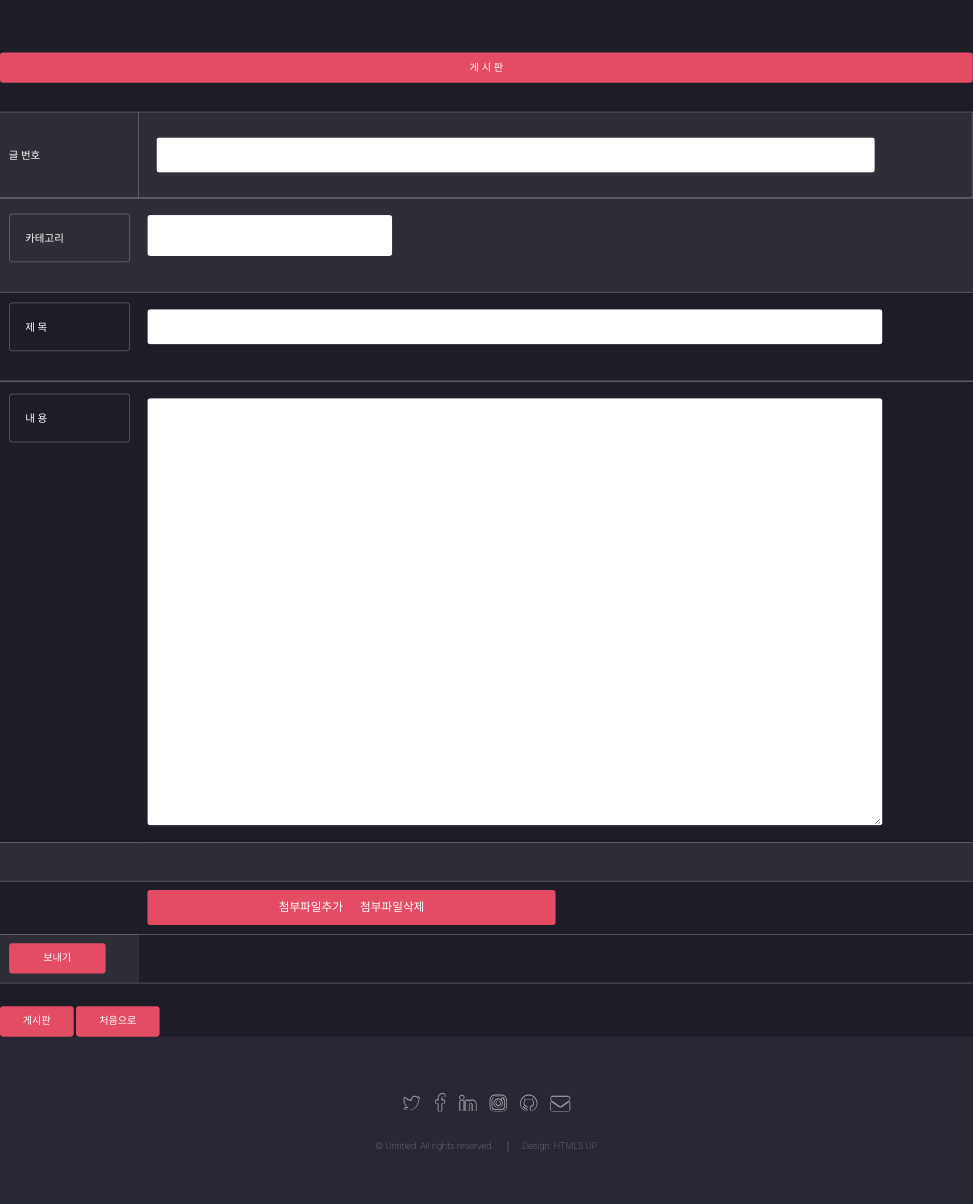
Repository: worMholEamkim/SpringEX
Page: http://localhost/bbs/bbsupdate.do
These files come from the project's save history. The page is drawn as it stood at one moment and after the next save; the edit follows.
The browser window is 1280 px wide. The pictures show the whole page, at 76% of full size.
The page is served by Tomcat 9. Queries for data that is not in the repository find no rows.

Above is the page before, as saved 2019-03-18 05:21:37.

After the next save:
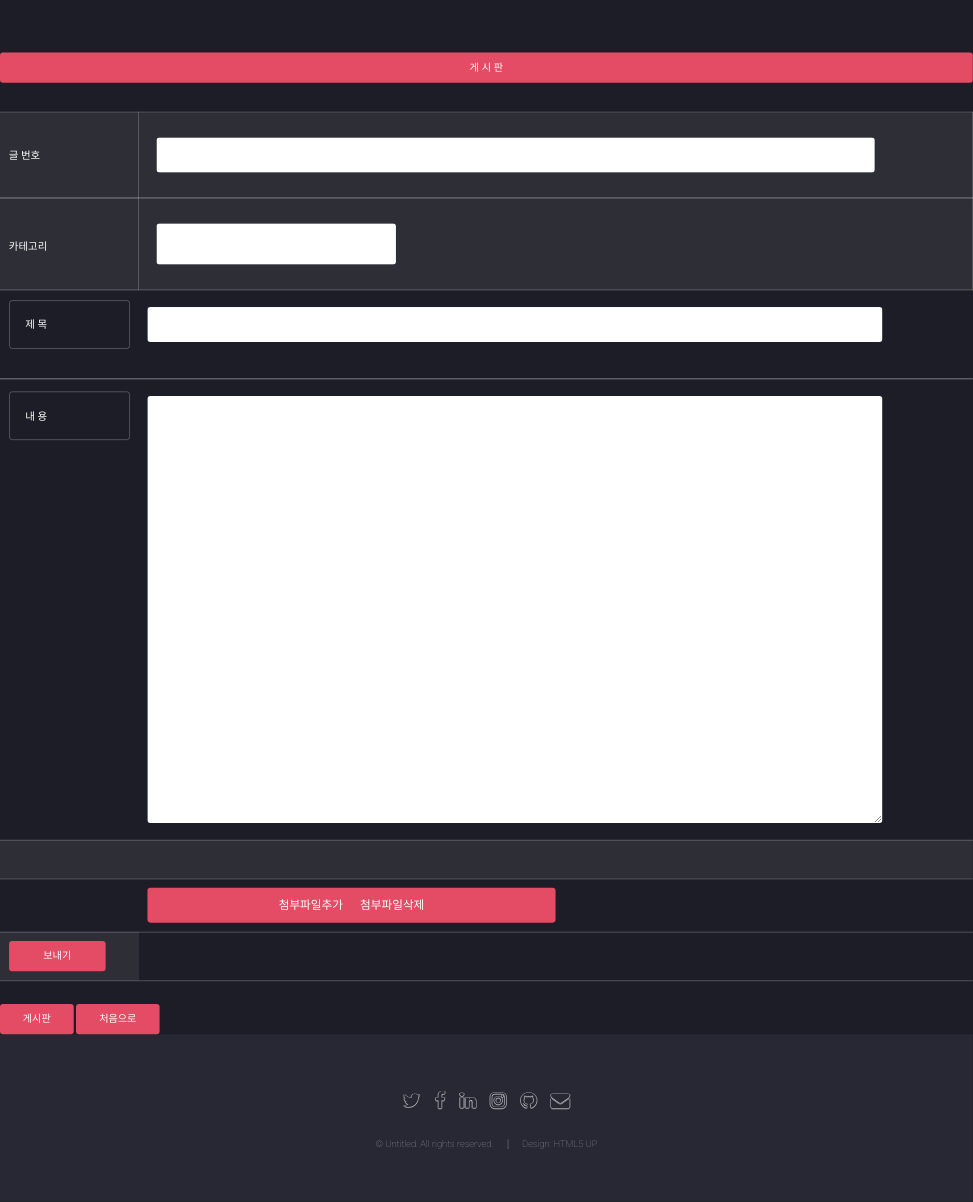
Saved 36 s later.
--- a/JSP_WepPage_Server-master.zip_expanded/JSP_WepPage_Server-master/bbs/WebContent/WEB-INF/bbsupdate.jsp
+++ b/JSP_WepPage_Server-master.zip_expanded/JSP_WepPage_Server-master/bbs/WebContent/WEB-INF/bbsupdate.jsp
@@ -56,8 +56,8 @@
 						</td>
 					<tr>
 					<tr>
-						<td><h5 class="box">카테고리</h5></td>
-						<td colspan="4">
+						<td><h5>카테고리</h5></td>
+						<td colspan="4" class="box">
 						<select name="category"
 							style="width: 30%; padding: 12px 20px; font-size: 18px; margin: 10px 0px; background-color: white; box-sizing: border-box; border-radius: 4px;
 	    border: solid 1px rgba(255, 255, 255, 0.3);">
